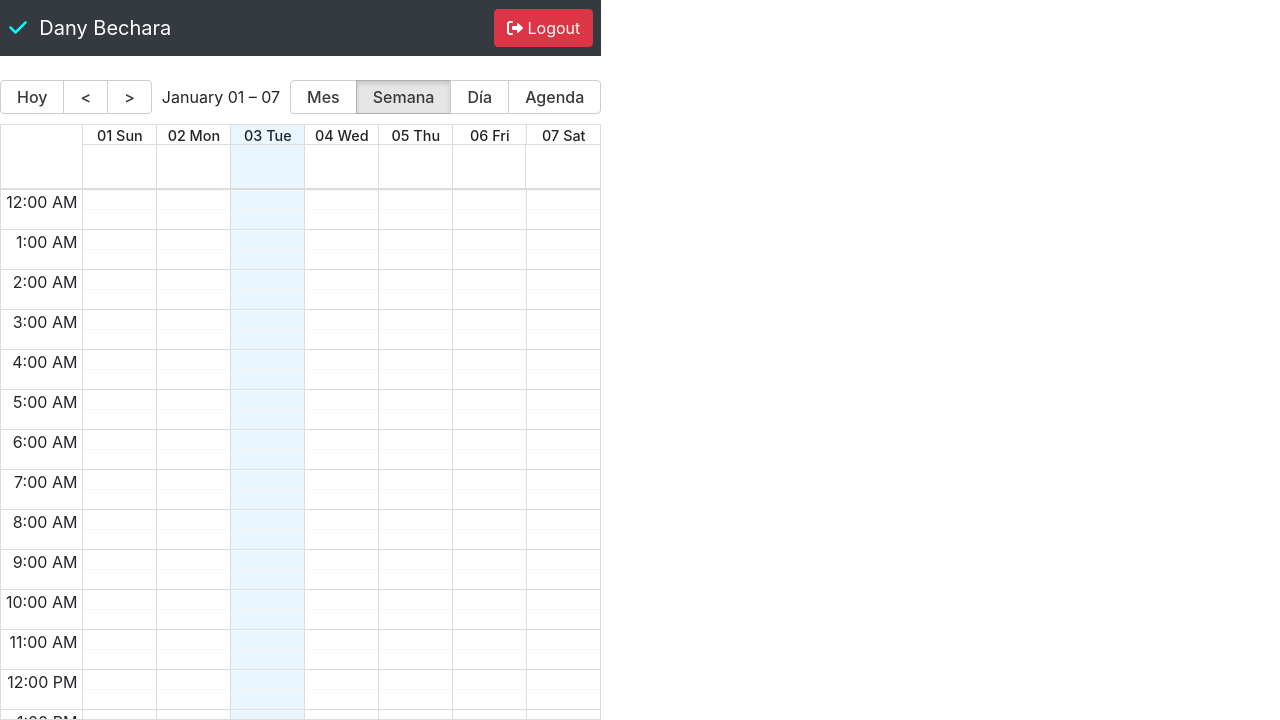
Repository: bechara611/calendar-frontend
Page: /
The author's editor kept a copy of each file at every save. The page is drawn from the files as they stood at one save, then again after the next save.
The browser window is 1280 px wide. The pictures show the whole page.
An inner scrolling area shows only its first screen. The project was rebuilt for these pictures with package versions that can differ from the ones it lists, and the page was loaded fresh each time. Also part of the build but not shown: vite.config.js. Imported but missing from the stored project, and not drawn on this page: src/auth.

Above is the page before, as saved 2023-01-04 17:18:49.

After the next save:
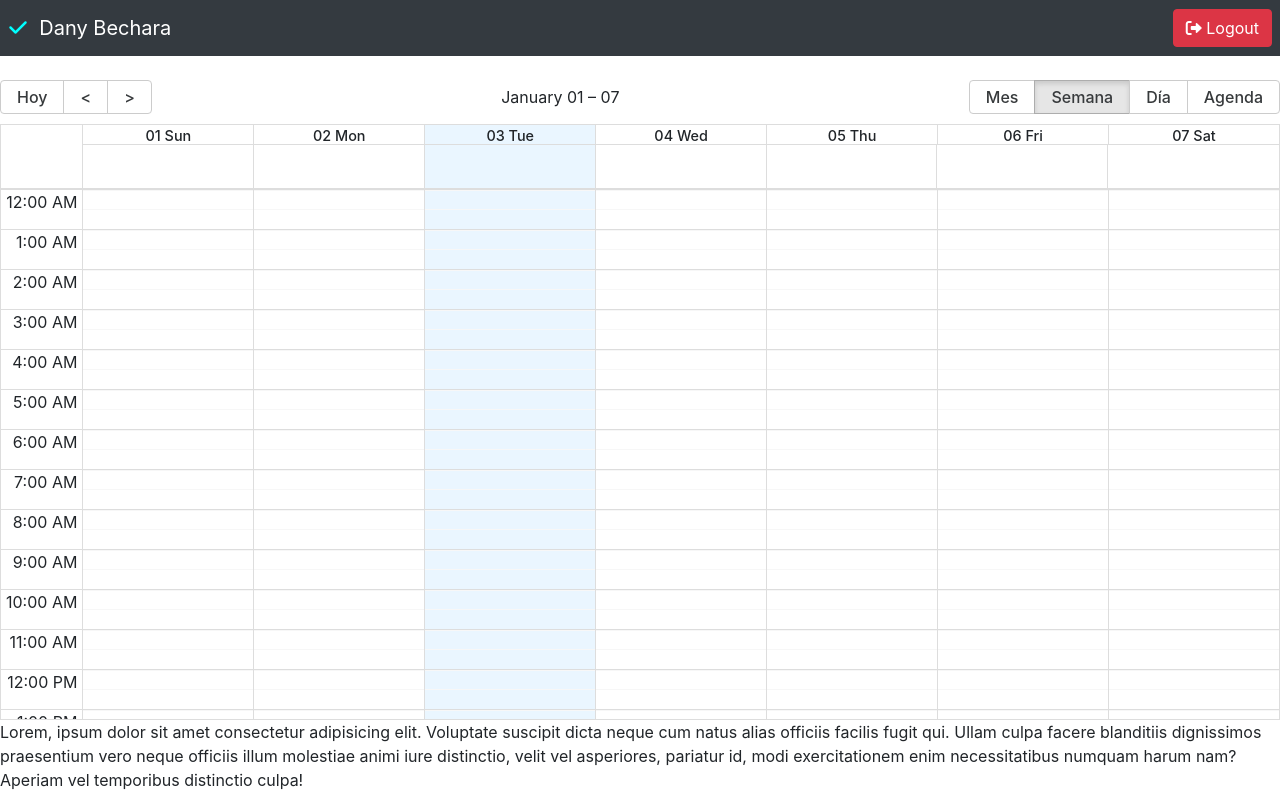
Saved 117 min 50 s later.
--- a/src/calendar/pages/CalendarPages.jsx
+++ b/src/calendar/pages/CalendarPages.jsx
@@ -81,6 +81,7 @@ const onViewChange = (evento) => {
         onSelectEvent={onClick}
         onView={onViewChange}
       />
+      <div>Lorem, ipsum dolor sit amet consectetur adipisicing elit. Voluptate suscipit dicta neque cum natus alias officiis facilis fugit qui. Ullam culpa facere blanditiis dignissimos praesentium vero neque officiis illum molestiae animi iure distinctio, velit vel asperiores, pariatur id, modi exercitationem enim necessitatibus numquam harum nam? Aperiam vel temporibus distinctio culpa!</div>
     </>
 
   )
